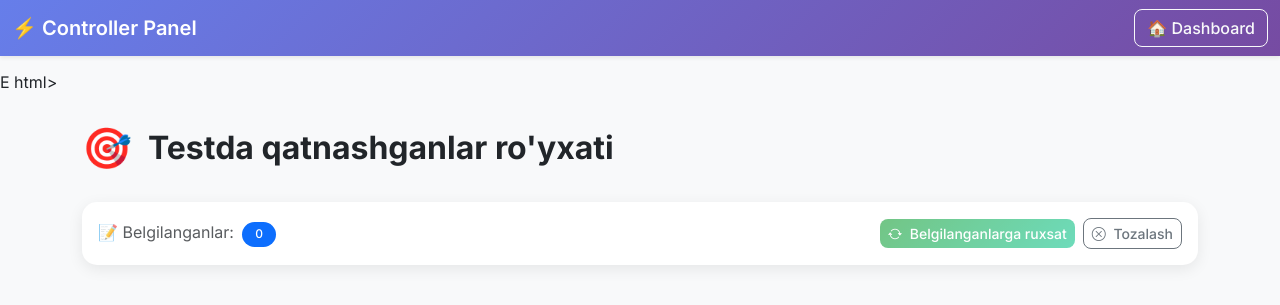
Repository: Shaxobiddin-Github/KatDPI_test
Page: backend/main/templates/controller_panel/participated_students_list.html
These files come from the project's save history. The page is drawn as it stood at one moment and after the next save; the edit follows.
The browser window is 1280 px wide. The pictures show the whole page.
The template is drawn by Django 5.2. The application's start-up code is not run. The template is opened directly, without the code that normally fills it, so the values that code supplies are empty.

Above is the page before, as saved 2025-10-07 09:41:03.

After the next save:
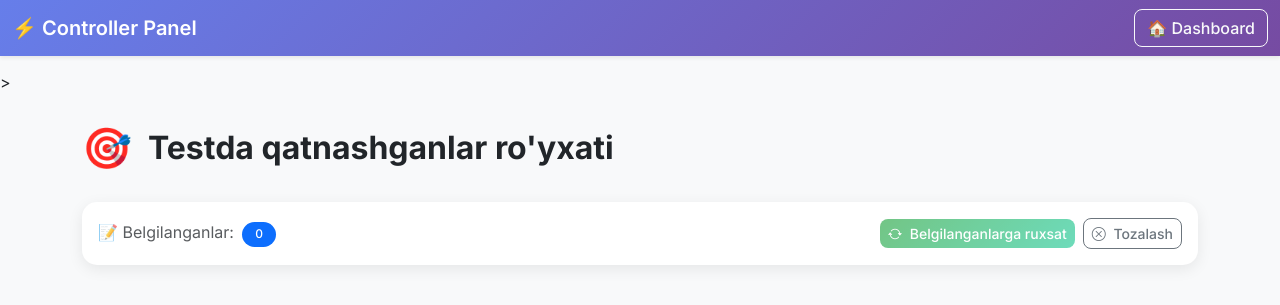
Saved 22 min 34 s later.
--- a/backend/main/templates/controller_panel/participated_students_list.html
+++ b/backend/main/templates/controller_panel/participated_students_list.html
@@ -1,6 +1,6 @@
 <!DOC    <link href="https://cdn.jsdelivr.net/npm/bootstrap@5.3.3/dist/css/bootstrap.min.css" rel="stylesheet">
     <link href="https://cdn.jsdelivr.net/npm/bootstrap-icons@1.11.3/font/bootstrap-icons.css" rel="stylesheet">
-    <link href="https://fonts.googleapis.com/css2?family=Inter:wght@300;400;500;600;700&display=swap" rel="stylesheet">E html>
+    <link href="https://fonts.googleapis.com/css2?family=Inter:wght@300;400;500;600;700&display=swap" rel="stylesheet">>
 <html lang="uz">
 <head>
     <meta charset="UTF-8">
